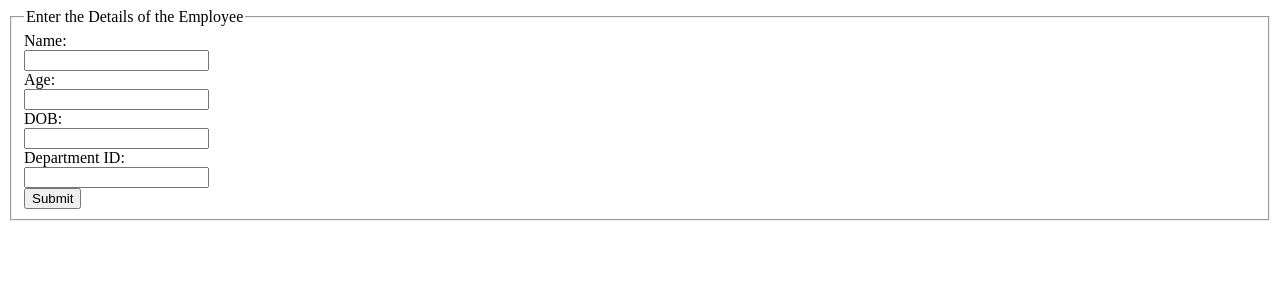
Repository: RanaRanvijaySingh/backup_projects
Page: http://localhost/ServletANDHibernate/ShowEmployee.jsp
An editor plug-in stored every save of this project. The page is shown before and after the next save, followed by the edit.
The browser window is 1280 px wide. The pictures show the whole page.
The page is served by Tomcat 9.

Above is the page before, as saved 2013-07-11 14:48:49.

After the next save:
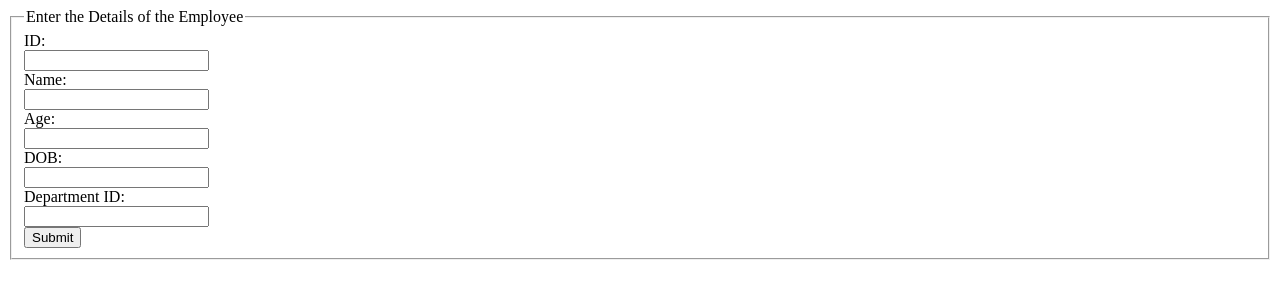
Saved 4 min 38 s later.
--- a/workspace-sts/ServletANDHibernate/WebContent/ShowEmployee.jsp
+++ b/workspace-sts/ServletANDHibernate/WebContent/ShowEmployee.jsp
@@ -6,11 +6,16 @@
 <meta http-equiv="Content-Type" content="text/html; charset=UTF-8">
 <title>Insert title here</title>
 </head>
-
+<body>
 <form action="" method="get">
 <fieldset>
 
 <legend>Enter the Details of the Employee </legend>
+
+<div>
+	<label for="id">ID:</label><br>
+	<input type="text" name="id" value="" /><br>
+</div>
 
 <div>
 	<label for="Name">Name:</label><br>
@@ -39,5 +44,5 @@
 
 </fieldset>
 </form>
-
+</body>
 </html>
